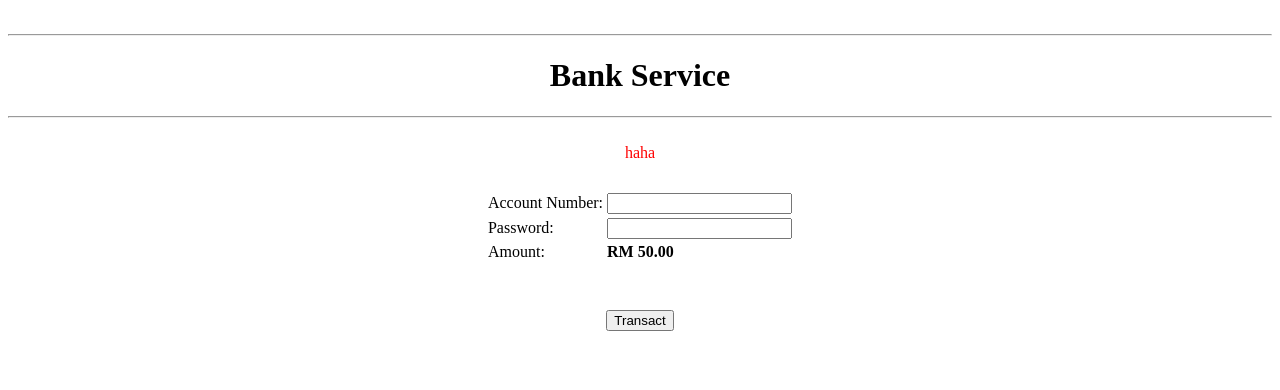
Repository: Jeck97/Mcdonald-Delivery-System
Page: http://localhost/McDelivery/bankService/transactionForm.jsp
These files come from the project's save history. The page is drawn as it stood at one moment and after the next save; the edit follows.
The browser window is 1280 px wide. The pictures show the whole page.
The page is served by Tomcat 9. Other server files are loaded and not shown.

Above is the page before, as saved 2020-07-12 18:09:58.

### McDelivery/WebContent/bankService/transactionForm.jsp
<%@ page language="java" contentType="text/html; charset=ISO-8859-1"
	pageEncoding="ISO-8859-1"%>
<!DOCTYPE html>
<html>
<head>
<meta charset="ISO-8859-1">
<title>Transaction Page</title>
</head>
<body>

	<br>

	<hr>

	<h1 style="text-align: center;">Bank Service</h1>

	<hr>

	<br>

	<div style="color: #FF0000; text-align: center;">haha${errorMessage}</div>

	<br>

	<form action="transactionServlet" method="post">

		<table style="align-content: space-between; margin: auto; padding: 10px;">
			<tr>
				<td><label for="account_number">Account Number:</label></td>
				<td><input id="account_number" name="account_number" type="number" required></td>
			</tr>
			<tr>
				<td><label for="password">Password:</label></td>
				<td><input id="password" name="password" type="password" required></td>
			</tr>
			<tr>
				<td><label>Amount:</label></td>
				<td><b>RM 50.00</b></td>
			</tr>
		</table>

		<br><br>

		<div style="text-align: center;">
			<input type="submit" value="Transact">
		</div>

	</form>

</body>
</html>

After the next save:
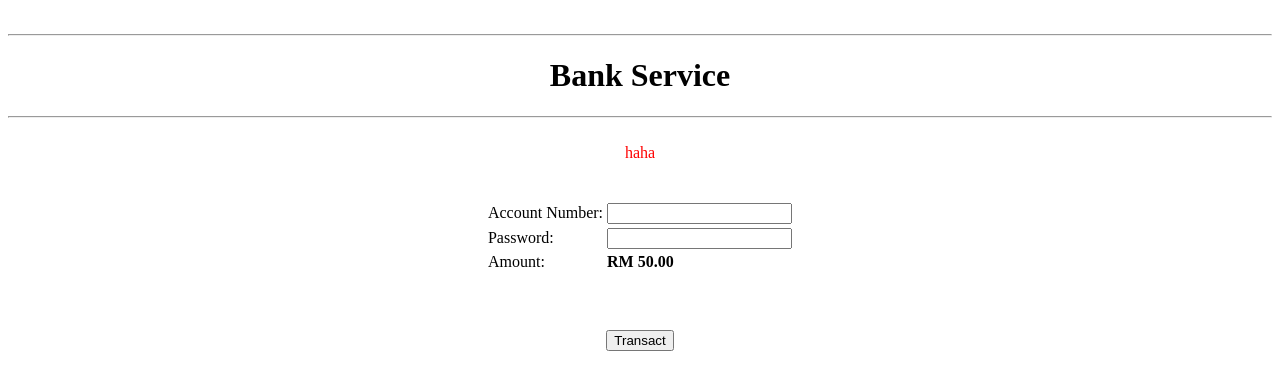
Saved 7 s later.
--- a/McDelivery/WebContent/bankService/transactionForm.jsp
+++ b/McDelivery/WebContent/bankService/transactionForm.jsp
@@ -24,7 +24,7 @@
 
 	<form action="transactionServlet" method="post">
 
-		<table style="align-content: space-between; margin: auto; padding: 10px;">
+		<table style="align-content: space-between; margin: auto; padding: 20px;">
 			<tr>
 				<td><label for="account_number">Account Number:</label></td>
 				<td><input id="account_number" name="account_number" type="number" required></td>
